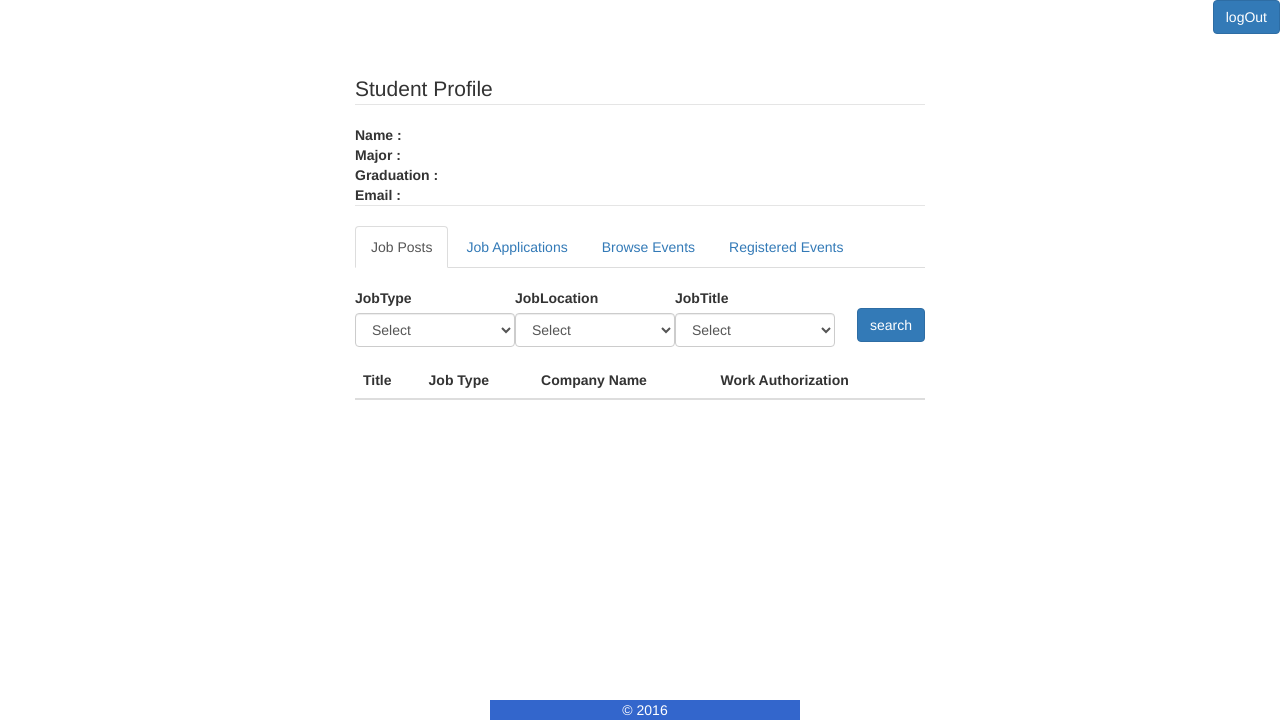
Repository: merlynfrank/AcademicProjects
Page: http://localhost/studenthome
An editor plug-in stored every save of this project. The page is shown before and after the next save, followed by the edit.
The browser window is 1280 px wide. The pictures show the whole page.
The page is this project's Thymeleaf template; nobody is signed in. The template is opened directly, without the code that normally fills it, so the values that code supplies are empty.

Above is the page before, as saved 2018-12-01 19:53:12.

After the next save:
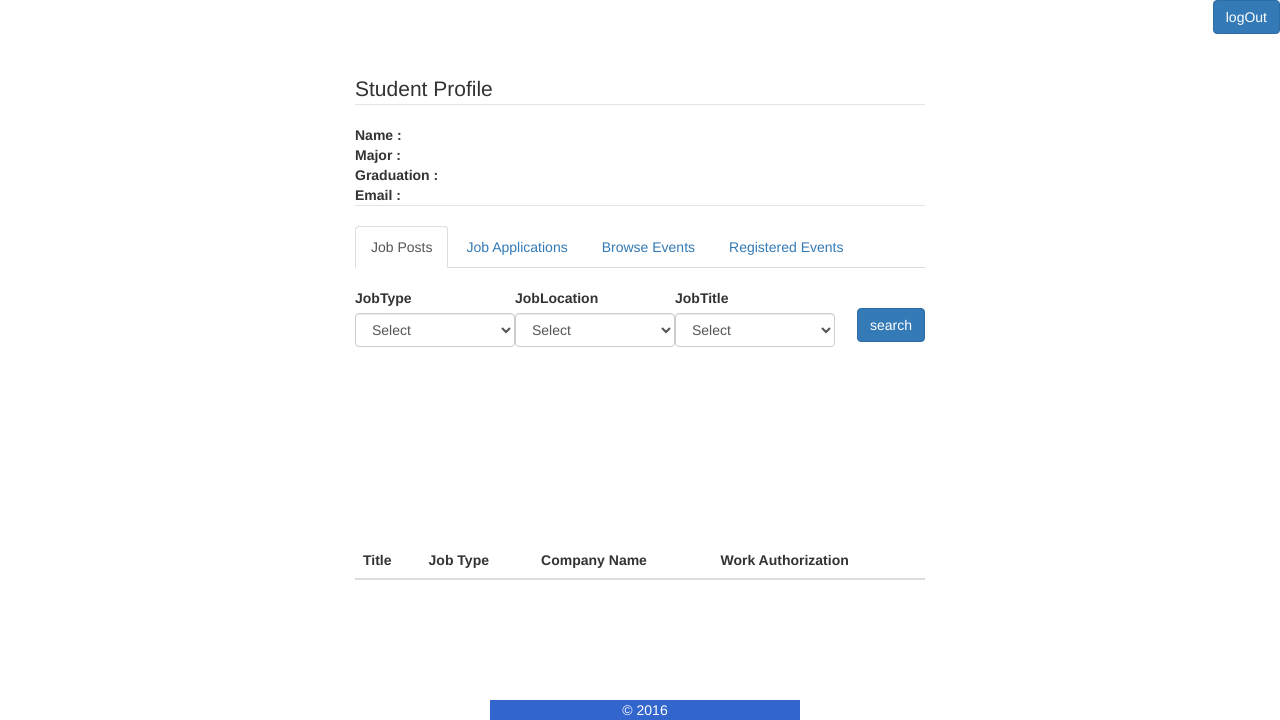
Saved 3 min 37 s later.
--- a/smith-is-internship/src/main/resources/templates/studenthome.html
+++ b/smith-is-internship/src/main/resources/templates/studenthome.html
@@ -136,7 +136,7 @@
 					<!-- onclick="retrieveJobs()" -->
 				</form>
 				<div
-					class="form-elegant"></div><!--FixedHeightContainer Content  -->
+					class="form-elegant" style="height: 200px; overflow-y: scroll;"></div><!--FixedHeightContainer Content  -->
 				<table class="table table-hover table-striped">
 					<thead class="thead-light">
 						<tr>
